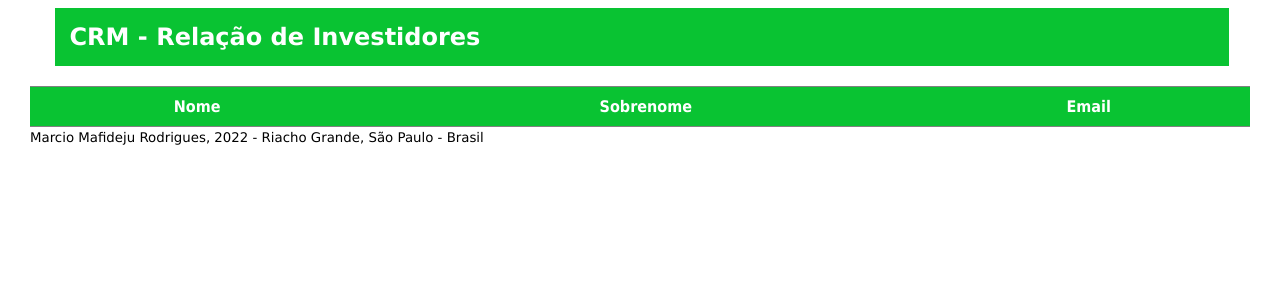
Repository: mafideju/CustomerTracker
Page: http://localhost/web-customer-tracker/WEB-INF/view/list-customers.jsp
The author's editor kept a copy of each file at every save. The page is drawn from the files as they stood at one save, then again after the next save.
The browser window is 1280 px wide. The pictures show the whole page.
The page is served by Tomcat 9. Nobody is signed in. The template is opened directly, without the code that normally fills it, so the values that code supplies are empty.

Above is the page before, as saved 2022-01-21 21:24:36.

After the next save:
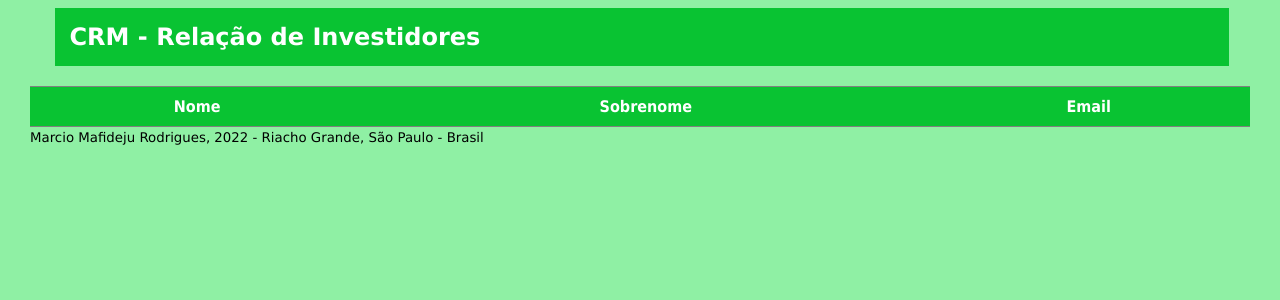
Saved 2 min 27 s later.
--- a/web-customer-tracker/WebContent/resources/css/style.css
+++ b/web-customer-tracker/WebContent/resources/css/style.css
@@ -2,6 +2,7 @@ html, body{
 	margin-left:15px; margin-right:15px;
 	padding:0px;
 	font-family:Verdana, Arial, Helvetica, sans-serif;
+	background-color: #8ff0a4;
 }
 
 table {
